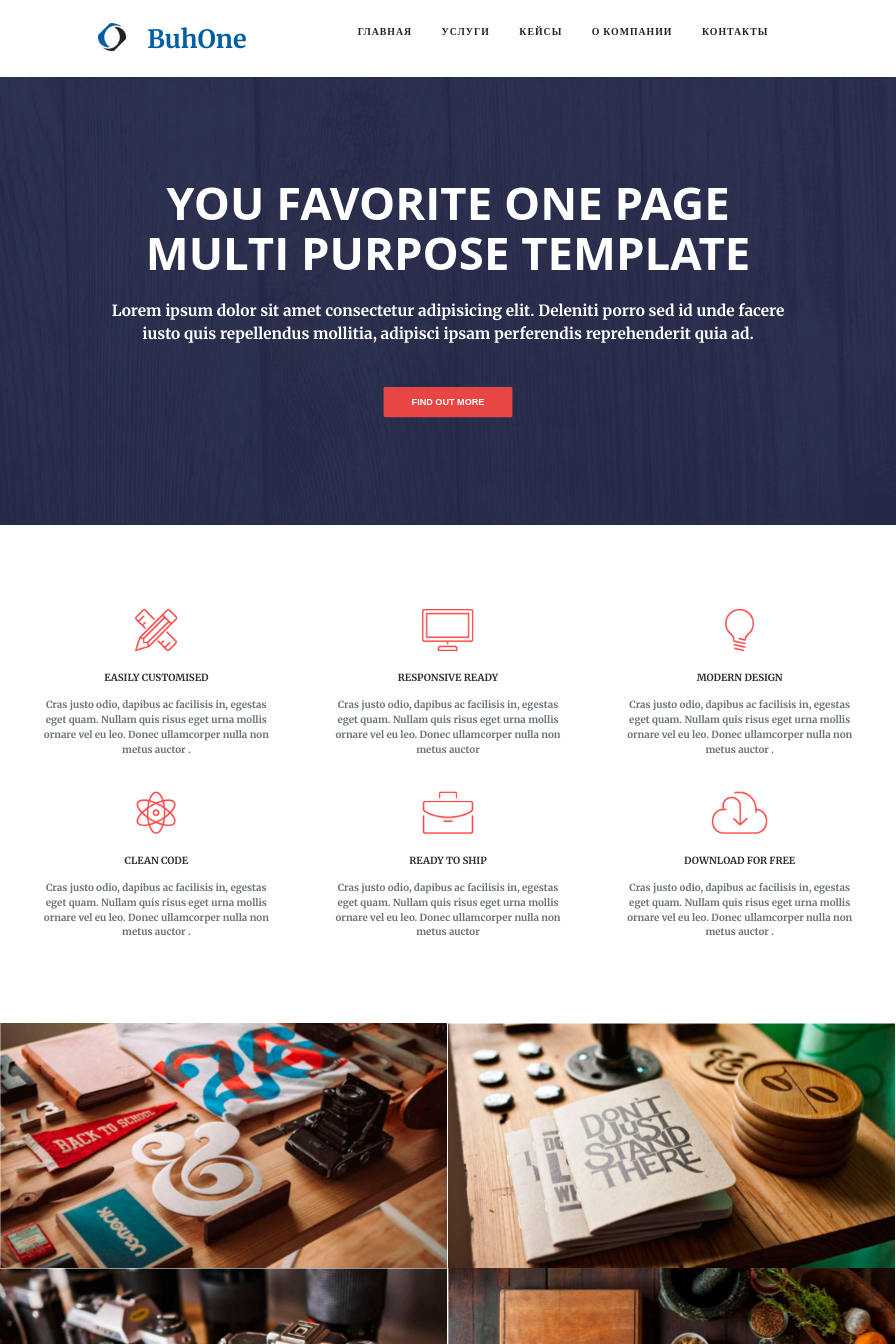
Repository: ZetsubouBilly/test
Page: index.html
These files come from the project's save history. The page is drawn as it stood at one moment and after a run of saves; the edit follows.
The browser window is 1280 px wide. The pictures show the part of the page from y = 0 to 1920 px (the page is 4929 px tall), at 70% of full size.

Above is the page before, as saved 2023-05-13 12:33:03.

### index.html
<!DOCTYPE html>
<html lang="ru">
<head>
    <meta charset="UTF-8">
    <meta name="viewport" content="width=device-width, initial-scale=1.0, minimum-scale=1.0, maximum-scale=1.0">  <link rel="preconnect" href="https://fonts.gstatic.com">
    <link rel="preconnect" href="https://fonts.googleapis.com">
    <link rel="preconnect" href="https://fonts.gstatic.com" crossorigin>
    <link href="https://fonts.googleapis.com/css2?family=Lato:wght@300;400&family=Merriweather:wght@700;900&display=swap" rel="stylesheet">
    <link rel="stylesheet" type="text/css" href="https://cdn.jsdelivr.net/npm/slick-carousel@1.8.1/slick/slick.css"/>
    <link rel="stylesheet" href="css/style.css">

   <meta name="description" content="Описание страницы">
   <meta name="google" content="notranslate" />
   <meta name="keywords" content="создаие сайтов, верстка сайтов" />

    <title>BuhOne</title>

    <script src="https://cdnjs.cloudflare.com/ajax/libs/jquery/3.5.1/jquery.min.js"></script>

</head>
<body>



<!-- Header -->

 <header class="header" id="header">

            <div class="header__inner">
                <div class="header__inner_l">
                    <div class="header__logo">
                        <img src="img/logo.png" alt="">
                        <p class="header__logo_name">BuhOne</p>
                    </div>
                </div>
                <div class="header__inner_r">
                    <div class="top-line">
                        <div class="top-line_info"></div>
                    </div>
                    <nav class="nav" id="nav">
                        <a class="nav__link" href="#" data-scroll="#features">Главная</a>
                        <a class="nav__link" href="#" data-scroll="#works">Услуги</a>
                        <a class="nav__link" href="#" data-scroll="#team">Кейсы</a>
                        <a class="nav__link" href="#" data-scroll="#reviews">О компании</a>
                        <a class="nav__link" href="#" data-scroll="#download">Контакты</a>
                    </nav>
                </div>




                <button class="burger" type="button" id="navToggle">
                    <span class="burger__item">Menu</span>
                </button>

            </div>

 </header>


 <!-- Intro -->

<div class="intro" id="intro">
    <div class="container">
        <div class="intro__inner">
             <h1 class="intro__title">You Favorite One Page Multi Purpose Template</h1>
             <h2 class="intro__subtitle">Lorem ipsum dolor sit amet consectetur adipisicing elit.
                 Deleniti porro sed id unde facere iusto quis repellendus mollitia, adipisci ipsam
                 perferendis reprehenderit quia ad.</h2>
                 <a class="btn  btn--red" href="">Find Out More</a>
        </div>
    </div>
</div>



<!-- Features -->

<div class="container" id="features">
    <div class="features">
        <div class="features__item">
            <img class="features__icon" src="img/features/feature-1.png" alt="">
            <h4 class="features__title">Easily Customised</h4>
            <div class="features__text">Cras justo odio, dapibus ac facilisis in,
                 egestas eget quam. Nullam quis risus eget urna mollis ornare
                 vel eu leo.
                 Donec ullamcorper nulla non metus auctor .</div>
        </div>

        <div class="features__item">
            <img class="features__icon" src="img/features/feature-2.png" alt="">
            <h4 class="features__title">Responsive Ready</h4>
            <div class="features__text">Cras justo odio, dapibus ac facilisis in,
                 egestas eget quam. Nullam quis risus eget urna mollis ornare vel
                  eu leo.
                 Donec ullamcorper nulla non metus auctor </div>

        </div>


        <div class="features__item">
            <img class="features__icon" src="img/features/feature-3.png" alt="">
            <h4 class="features__title">Modern Design</h4>
            <div class="features__text">Cras justo odio, dapibus ac facilisis in,
                 egestas eget quam. Nullam quis risus eget urna mollis ornare
                 vel eu leo.
                 Donec ullamcorper nulla non metus auctor .</div>
        </div>

        <div class="features__item">
            <img class="features__icon" src="img/features/feature-4.png" alt="">
            <h4 class="features__title">Clean Code</h4>
            <div class="features__text">Cras justo odio, dapibus ac facilisis in,
                 egestas eget quam. Nullam quis risus eget urna mollis ornare
                 vel eu leo.
                 Donec ullamcorper nulla non metus auctor .</div>
        </div>

        <div class="features__item">
            <img class="features__icon" src="img/features/feature-5.png" alt="">
            <h4 class="features__title">Ready To Ship</h4>
            <div class="features__text">Cras justo odio, dapibus ac facilisis in,
                 egestas eget quam. Nullam quis risus eget urna mollis ornare vel
                  eu leo.
                 Donec ullamcorper nulla non metus auctor </div>

        </div>


        <div class="features__item">
            <img class="features__icon" src="img/features/feature-6.png" alt="">
            <h4 class="features__title">Download For Free</h4>
            <div class="features__text">Cras justo odio, dapibus ac facilisis in,
                 egestas eget quam. Nullam quis risus eget urna mollis ornare
                 vel eu leo.
                 Donec ullamcorper nulla non metus auctor .</div>
        </div>
    </div><!-- /Features -->
</div>  <!-- /container -->


<!-- Works -->

<div class="works" id="works">
    <div class="works__item">
        <img class="works__photo" src="img/works/work-1.jpg" alt="">
        <div class="works__content">
            <div class="works__title">Project Name</div>
            <div class="works__text">User Interface Design</div>
        </div>
    </div>

    <div class="works__item">
        <img class="works__photo" src="img/works/work-2.jpg" alt="">
        <div class="works__content">
            <div class="works__title">Project Name</div>
            <div class="works__text">User Interface Design</div>
        </div>
    </div>

    <div class="works__item">
        <img class="works__photo" src="img/works/work-3.jpg" alt="">
        <div class="works__content">
            <div class="works__title">Project Name</div>
            <div class="works__text">User Interface Design</div>
        </div>
    </div>

    <div class="works__item">
        <img class="works__photo" src="img/works/work-4.jpg" alt="">
        <div class="works__content">
            <div class="works__title">Project Name</div>
            <div class="works__text">User Interface Design</div>
        </div>
    </div>

    <div class="works__item">
        <img class="works__photo" src="img/works/work-5.jpg" alt="">
        <div class="works__content">
            <div class="works__title">Project Name</div>
            <div class="works__text">User Interface Design</div>
        </div>
    </div>

    <div class="works__item">
        <img class="works__photo" src="img/works/work-6.jpg" alt="">
        <div class="works__content">
            <div class="works__title">Project Name</div>
            <div class="works__text">User Interface Design</div>
        </div>
    </div>

    <div class="works__item">
        <img class="works__photo" src="img/works/work-7.jpg" alt="">
        <div class="works__content">
            <div class="works__title">Project Name</div>
            <div class="works__text">User Interface Design</div>
        </div>
    </div>

    <div class="works__item">
        <img class="works__photo" src="img/works/work-8.jpg" alt="">
        <div class="works__content">
            <div class="works__title">Project Name</div>
            <div class="works__text">User Interface Design</div>
        </div>
    </div>

</div> <!-- /works -->



<!-- Team -->
<div class="team" id="team">
    <div class="container">
        <div class="team__inner">

            <div class="team__item">
                <img class="team__photo" src="img/team/team-1.jpg" alt="">
                <div class="team__name">Ruth Woods</div>
                <div class="team__prof">Founder, CEO</div>
                <div class="team__text">
                    <p>Fusce dapibus, tellus ac cursus commodo, tortor mauris
                         condimentum nibh, ut fermentum massa justo sit amet risus.
                          Maecenas sed diam eget risus varius blandit sit amet non magna.
                         Nullam quis risus eget urna mollis ornare vel eu leo.</p>

                     <p>Fusce dapibus, tellus ac cursus commodo, tortor mauris
                            condimentum nibh, ut fermentum massa justo sit amet risus.
                             Maecenas sed diam eget risus varius blandit sit amet non magna.
                            Nullam quis risus eget urna mollis ornare vel eu leo.</p>
                </div>
                <div class="social">
                    <a class="social__item" href="" target="_blank">
                        <svg class="social__icon">
                            <use xlink:href="#facebook"></use>
                        </svg>
                    </a>

                    <a class="social__item" href="" target="_blank">
                        <svg class="social__icon">
                            <use xlink:href="#twitter"></use>
                        </svg>
                    </a>

                    <a class="social__item" href="" target="_blank">
                        <svg class="social__icon">
                            <use xlink:href="#linkedin"></use>
                        </svg>
                    </a>


                </div>
            </div>

            <div class="team__item">
                <img class="team__photo" src="img/team/team-2.jpg" alt="">
                <div class="team__name">Timothy Reed</div>
                <div class="team__prof">Co-Founder, Developer</div>
                <div class="team__text">
                    <p>Fusce dapibus, tellus ac cursus commodo, tortor mauris
                         condimentum nibh, ut fermentum massa justo sit amet risus.
                          Maecenas sed diam eget risus varius blandit sit amet non magna.
                         Nullam quis risus eget urna mollis ornare vel eu leo..</p>

                     <p>Fusce dapibus, tellus ac cursus commodo, tortor mauris
                            condimentum nibh, ut fermentum massa justo sit amet risus.
                             Maecenas sed diam eget risus varius blandit sit amet non magna.
                            Nullam quis risus eget urna mollis ornare vel eu leo.</p>
                </div>
                <div class="social">
                    <a class="social__item" href="" target="_blank">
                        <svg class="social__icon">
                            <use xlink:href="#facebook"></use>
                        </svg>
                    </a>

                    <a class="social__item" href="" target="_blank">
                        <svg class="social__icon">
                            <use xlink:href="#twitter"></use>
                        </svg>
                    </a>

                    <a class="social__item" href="" target="_blank">
                        <svg class="social__icon">
                            <use xlink:href="#linkedin"></use>
                        </svg>
                    </a>


                </div>
            </div>

            <div class="team__item">
                <img class="team__photo" src="img/team/team-3.jpg" alt="">
                <div class="team__name">Victoria Valdez</div>
                <div class="team__prof">UI Designer</div>
                <div class="team__text">
                    <p>Fusce dapibus, tellus ac cursus commodo, tortor mauris
                         condimentum nibh, ut fermentum massa justo sit amet risus.
                          Maecenas sed diam eget risus varius blandit sit amet non magna.
                         Nullam quis risus eget urna mollis ornare vel eu leo..</p>

                     <p>Fusce dapibus, tellus ac cursus commodo, tortor mauris
                            condimentum nibh, ut fermentum massa justo sit amet risus.
                             Maecenas sed diam eget risus varius blandit sit amet non magna.
                            Nullam quis risus eget urna mollis ornare vel eu leo.</p>
                </div>
                <div class="social">
                    <a class="social__item" href="" target="_blank">
                        <svg class="social__icon">
                            <use xlink:href="#facebook"></use>
                        </svg>
                    </a>

                    <a class="social__item" href="" target="_blank">
                        <svg class="social__icon">
                            <use xlink:href="#twitter"></use>
                        </svg>
                    </a>

                    <a class="social__item" href="" target="_blank">
                        <svg class="social__icon">
                            <use xlink:href="#linkedin"></use>
                        </svg>
                    </a>


                </div>
            </div>

            <div class="team__item">
                <img class="team__photo" src="img/team/team-4.jpg" alt="">
                <div class="team__name">Beverly Little</div>
                <div class="team__prof">Data Scientist</div>
                <div class="team__text">
                    <p>Fusce dapibus, tellus ac cursus commodo, tortor mauris
                         condimentum nibh, ut fermentum massa justo sit amet risus.
                          Maecenas sed diam eget risus varius blandit sit amet non magna.
                         Nullam quis risus eget urna mollis ornare vel eu leo..</p>

                     <p>Fusce dapibus, tellus ac cursus commodo, tortor mauris
                            condimentum nibh, ut fermentum massa justo sit amet risus.
                             Maecenas sed diam eget risus varius blandit sit amet non magna.
                            Nullam quis risus eget urna mollis ornare vel eu leo.</p>
                </div>
                <div class="social">
                    <a class="social__item" href="" target="_blank">
                        <svg class="social__icon">
                            <use xlink:href="#facebook"></use>
                        </svg>
                    </a>

                    <a class="social__item" href="" target="_blank">
                        <svg class="social__icon">
                            <use xlink:href="#twitter"></use>
                        </svg>
                    </a>

                    <a class="social__item" href="" target="_blank">
                        <svg class="social__icon">
                            <use xlink:href="#linkedin"></use>
                        </svg>
                    </a>


                </div>
            </div>

        </div><!-- /team__inner -->
    </div><!-- /container -->
</div><!-- /team -->


<!-- Testimonials -->

<div class="reviews" id="reviews">
    <div class="container">

        <div class="reviews__slider" id="reviewsSlider">
            <div class="slick-item">
             <div class="reviews__item">
                 <div class="reviews__photo">
                     <img class="reviews__img" src="img/reviews/review-1.jpg" alt="">
                 </div>
                 <div class="reviews__content">
                        <div class="reviews__text">“Integer posuere erat a ante venenatis dapibus posuere velit aliquet. Donec sed odio dui. Aenean eu leo quam...”</div>
                       <div class="reviews__author">Susan Sims, Interaction Designer at XYZ</div>
                 </div>
                </div>
            </div>

                <div class="slick-item">
                <div class="reviews__item">
                    <div class="reviews__photo">
                        <img class="reviews__img" src="img/reviews/review-1.jpg" alt="">
                    </div>
                    <div class="reviews__content">
                           <div class="reviews__text">"Lorem ipsum dolor sit amet consectetur, adipisicing elit. Maiores, tempore velit, debitis quasi doloribus vero natus sint ratione temporibus fugiat voluptatum nesciunt modi. Adipisci aliquid voluptatem magni laborum, facilis nisi".</div>
                          <div class="reviews__author">Susan Sims, Interaction Designer at XYZ</div>
                    </div>
                   </div>
                </div>
            </div>
        </div>

    </div>
</div> <!-- /reviews -->




<!-- Download -->

<div class="download" id="download">
    <div class="container">
        <h3 class="download__title">Are You Ready to Start? Download Now For Free!</h3>
        <div class="download__text"><p>Fusce dapibus, tellus ac cursus commodo</p>
        </div>
        <a class="btn  btn--red  btn--long" href="">Download Here</a>
    </div>
</div>


<!-- Footer -->


<footer class="footer">
    <div class="container">

        <div class="footer__inner">
            <div class="footer__block">
                <h4 class="footer__title">Location</h4>
                <address class="footer__adress"><div>3481 Melrose Place</div>
                    <div>Beverly Hills, CA 90210</div>
                </address>
            </div>

            <div class="footer__block">
                <h4 class="footer__title">Share with Love</h4>
                <div class="social  social--footer">
                    <a class="social__item" href="" target="_blank">
                        <svg class="social__icon">
                            <use xlink:href="#facebook"></use>
                        </svg>
                    </a>

                    <a class="social__item" href="" target="_blank">
                        <svg class="social__icon">
                            <use xlink:href="#twitter"></use>
                        </svg>
                    </a>

                    <a class="social__item" href="" target="_blank">
                        <svg class="social__icon">
                            <use xlink:href="#linkedin"></use>
                        </svg>
                    </a>


                </div>
            </div> <!-- /footer__block__social -->

            <div class="footer__block">
                <h4 class="footer__title">About ActiveBox</h4>
                <div class="footer__text"><p>Cras justo odio, dapibus ac facilisis in, egestas eget quam. Donec ullamcorper nulla non metus auctor fringilla.</p></div>
            </div>

        </div> <!-- /footer__inner -->

    </div> <!-- /container -->

    <div class="copyright">
        <div class="container">
          <div class="copyright__text"><div>Copyright © 2015 ActiveBox. All Rights Reserved</div>
           <div>Made  <span>by Kamal Chaneman</span></div>
        </div>
    </div>
</div>
</footer>


<!-- Javascript -->
<script  src="https://cdn.jsdelivr.net/npm/slick-carousel@1.8.1/slick/slick.min.js"></script>
<script src="js/app.js"></script>


</body>
</html>

Loaded but not shown: js/app.js (82 lines, source omitted); css/style.css (802 lines, source omitted)

After the next 2 saves:
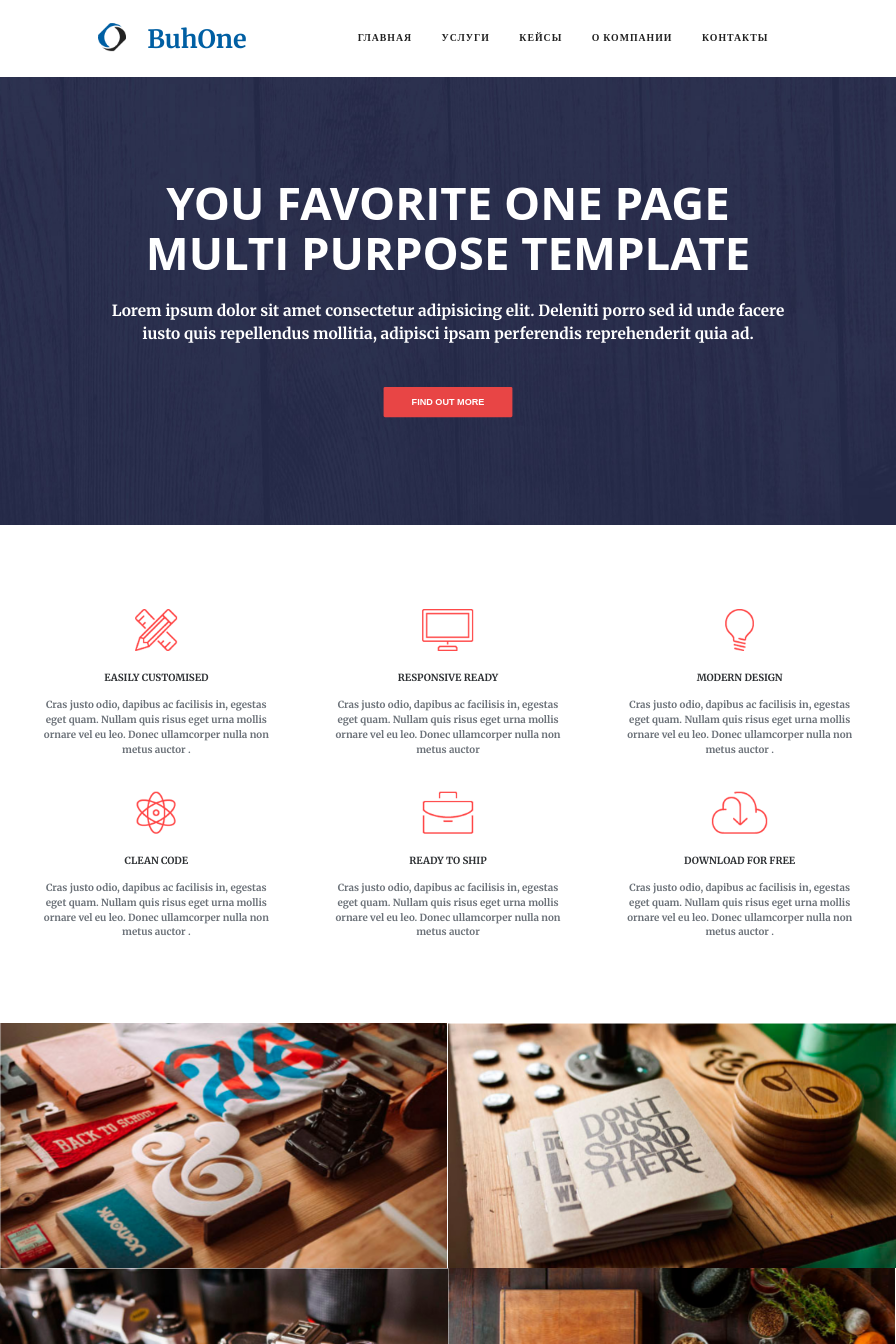
The 2 saves are shown as one change because they came seconds apart.
The last was saved 10 s later.
--- a/index.html
+++ b/index.html
@@ -35,7 +35,9 @@
                 </div>
                 <div class="header__inner_r">
                     <div class="top-line">
-                        <div class="top-line_info"></div>
+                        <div class="top-line_info">
+                            <img src="" alt="">
+                        </div>
                     </div>
                     <nav class="nav" id="nav">
                         <a class="nav__link" href="#" data-scroll="#features">Главная</a>
